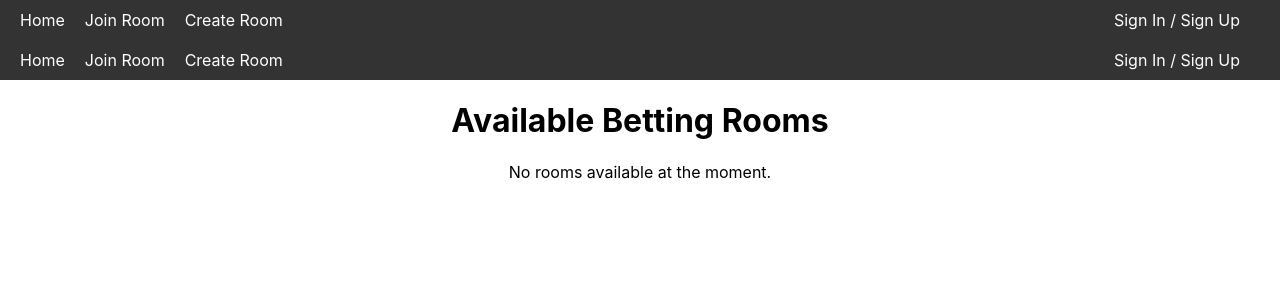
Repository: cis350/team_14_cis_3500_project_repo
Page: / (app in frontend/shakeonit/)
An editor plug-in stored every save of this project. The page is shown before and after the next save, followed by the edit.
The browser window is 1280 px wide. The pictures show the whole page.
The page's requests for data from a server got no answer. The project was rebuilt for these pictures with package versions that can differ from the ones it lists, and the page was loaded fresh each time. No one was signed in, and anything a server would have sent is missing. Also part of the build but not shown: frontend/shakeonit/src/Landing.js, frontend/shakeonit/src/JoinBettingRoom.js, frontend/shakeonit/src/CreateBettingRoom.js.

Above is the page before, as saved 2024-05-01 00:32:19.

### frontend/shakeonit/src/App.js
import React from 'react';
import { BrowserRouter as Router, Routes, Route } from 'react-router-dom';
import './App.css';
import Navbar from './Navbar';
import Landing from './Landing';
import Home from './Home';
import JoinBettingRoom from './JoinBettingRoom';
import CreateBettingRoom from './CreateBettingRoom';

function App() {
  return (
    <div className="App">
      <Router>
        <Navbar />
        <Routes>
          <Route path="/" element={<Home />} exact />
          <Route path="/join-room" element={<JoinBettingRoom />} />
          <Route path="/create-room" element={<CreateBettingRoom />} />
          {/* Additional routes can be added here */}
        </Routes>
      </Router>
    </div>
  );
}

export default App;

### frontend/shakeonit/src/Navbar.js
import React from 'react';
import { Link } from 'react-router-dom';

function Navbar() {
    const navbarStyle = {
        display: 'flex',
        justifyContent: 'space-between',
        padding: '10px 20px',
        backgroundColor: '#333',
        color: '#fff'
    };

    const linkStyle = {
        color: 'white',
        textDecoration: 'none',
        marginRight: '20px'
    };

    return (
        <nav style={navbarStyle}>
            <div>
                <Link to="/" style={linkStyle}>Home</Link>
                <Link to="/join-room" style={linkStyle}>Join Room</Link>
                <Link to="/create-room" style={linkStyle}>Create Room</Link>
            </div>
            <div>
                <Link to="/signin" style={linkStyle}>Sign In / Sign Up</Link>
            </div>
        </nav>
    );
}

export default Navbar;

### frontend/shakeonit/src/Home.js
import React, { useState, useEffect } from 'react';
import Navbar from './Navbar';

function Home() {
    const [rooms, setRooms] = useState([]);
    const [loading, setLoading] = useState(true);

    useEffect(() => {
        fetchRooms();
    }, []);

    const fetchRooms = async () => {
        try {
            setLoading(true);
            // Replace the URL with your API endpoint
            const response = await fetch('https://api.yourdomain.com/rooms');
            const data = await response.json();
            setRooms(data);
        } catch (error) {
            console.error('Failed to fetch rooms:', error);
        } finally {
            setLoading(false);
        }
    };

    return (

        <div className="home-page">
            <Navbar />
            <h1>Available Betting Rooms</h1>
            {loading ? (
                <p>Loading rooms...</p>
            ) : (
                <div className="rooms-list">
                    {rooms.length > 0 ? (
                        rooms.map(room => (
                            <div key={room.id} className="room">
                                <h2>{room.name}</h2>
                                <p>{room.description}</p>
                            </div>
                        ))
                    ) : (
                        <p>No rooms available at the moment.</p>
                    )}
                </div>
            )}
        </div>
    );
}

export default Home;

Loaded but not shown: frontend/shakeonit/public/index.html (common file); frontend/shakeonit/src/index.js (common file); frontend/shakeonit/src/index.css (common file); frontend/shakeonit/src/reportWebVitals.js (common file); frontend/shakeonit/src/App.css (common file)

After the next save:
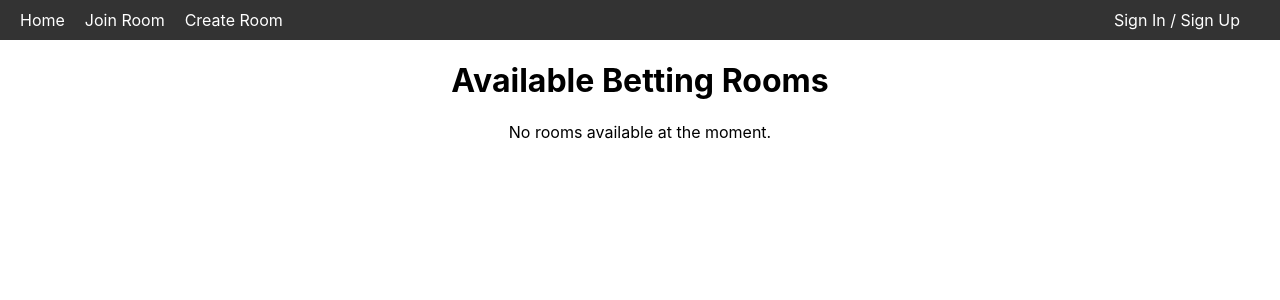
Saved 10 s later.
--- a/frontend/shakeonit/src/Home.js
+++ b/frontend/shakeonit/src/Home.js
@@ -26,7 +26,6 @@ function Home() {
     return (
 
         <div className="home-page">
-            <Navbar />
             <h1>Available Betting Rooms</h1>
             {loading ? (
                 <p>Loading rooms...</p>
